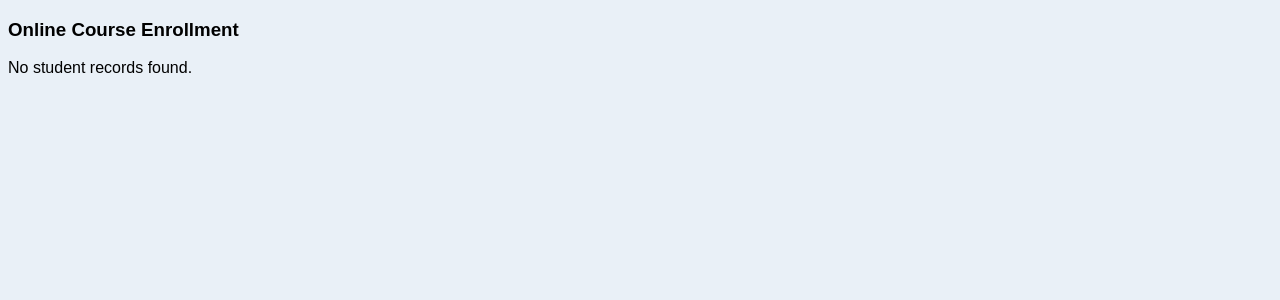
Repository: ashwinii19/Core-Java-Learning
Page: http://localhost/Online_Course_Enrollment/
An editor plug-in stored every save of this project. The page is shown before and after the next save, followed by the edit.
The browser window is 1280 px wide. The pictures show the whole page.
The page is served by Tomcat 9. Queries for data that is not in the repository find no rows.

Above is the page before, as saved 2025-08-24 18:45:36.

After the next save:
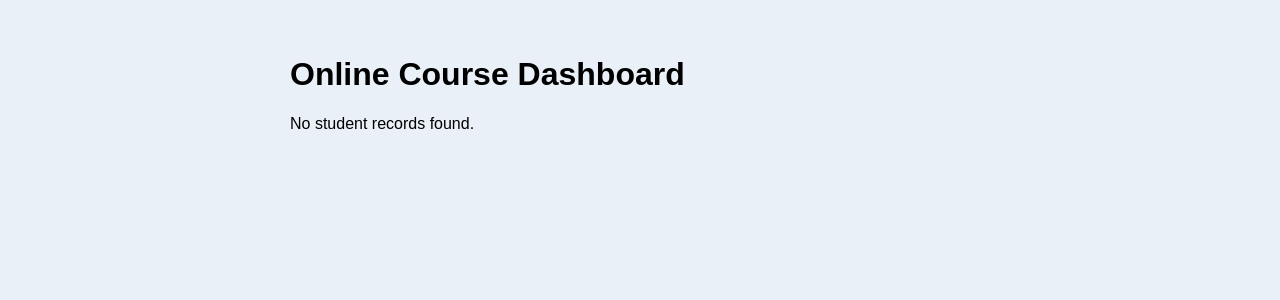
Saved 71 s later.
--- a/Online Course Enrollment/src/main/webapp/index.jsp
+++ b/Online Course Enrollment/src/main/webapp/index.jsp
@@ -33,55 +33,56 @@
 </head>
 <body>
 
-	<h3>Online Course Enrollment</h3>
+	<div class="dashboard">
+    <h1>Online Course Dashboard</h1>
 
-	<sql:setDataSource var="db" driver="com.mysql.cj.jdbc.Driver" url="jdbc:mysql://localhost:3306/online_course"
-	user="root" password="admin#123"/>
+		<sql:setDataSource var="db" driver="com.mysql.cj.jdbc.Driver" url="jdbc:mysql://localhost:3306/online_course"
+		user="root" password="admin#123"/>
 
-	<sql:query var="result" dataSource="${db}">
-		 SELECT s.id, s.name, s.email, s.join_date, s.fees_paid, c.course_list
-        FROM students s
-        JOIN courses c ON s.id = c.student_id
-	</sql:query>
+		<sql:query var="result" dataSource="${db}">
+			 SELECT s.id, s.name, s.email, s.join_date, s.fees_paid, c.course_list
+	        FROM students s
+	        JOIN courses c ON s.id = c.student_id
+		</sql:query>
 
-	<c:choose>
-		<c:when test="${not empty result.rows}">
-			<c:forEach var="student" items="${result.rows }">
-				 <div class="student">
-					<p><strong>Student: </strong> ${student.name}</p>
-					<p><strong>Email: </strong> ${student.email}</p>
-					<p><strong>Institutional Email </strong>
-						<c:out value="${fn:contains(student.email, 'edu') }"></c:out>
-					</p>
+		<c:choose>
+			<c:when test="${not empty result.rows}">
+				<c:forEach var="student" items="${result.rows }">
+					 <div class="student">
+						<p><strong>Student: </strong> ${student.name}</p>
+						<p><strong>Email: </strong> ${student.email}</p>
+						<p><strong>Institutional Email </strong>
+							<c:out value="${fn:contains(student.email, 'edu') }"></c:out>
+						</p>
 
-					<p><strong>Join Date: </strong>
-						<fmt:parseDate var="joinDate" value="${student.join_date }" pattern="yyyy-MM-dd"></fmt:parseDate>
-						<fmt:formatDate value="${joinDate}" pattern="MMM d, yyyy"/>
-					</p>
+						<p><strong>Join Date: </strong>
+							<fmt:parseDate var="joinDate" value="${student.join_date }" pattern="yyyy-MM-dd"></fmt:parseDate>
+							<fmt:formatDate value="${joinDate}" pattern="MMM d, yyyy"/>
+						</p>
 
-					<p><strong>Fees paid: </strong>
-						<fmt:setLocale value="en_INR" />
-						<fmt:formatNumber value="${student.fees_paid}" type="currency"></fmt:formatNumber>
-					</p>
+						<p><strong>Fees paid: </strong>
+							<fmt:setLocale value="en_INR" />
+							<fmt:formatNumber value="${student.fees_paid}" type="currency"></fmt:formatNumber>
+						</p>
 
-					<c:if test="${student.fees_paid lt 1000}">
-						<p class="warning">Warning: Fees not fully paid!</p>
-					</c:if>
+						<c:if test="${student.fees_paid lt 1000}">
+							<p class="warning">Warning: Fees not fully paid!</p>
+						</c:if>
 
-					<p><strong>Courses Enrolled:</strong></p>
-                    <ul>
-                        <c:forEach var="course" items="${fn:split(student.course_list, ',')}">
-                            <li>${course}</li>
-                        </c:forEach>
-                    </ul>
-                </div>
-			</c:forEach>
-    	</c:when>
-    	 <c:otherwise>
-            <p>No student records found.</p>
-        </c:otherwise>
-    </c:choose>
-
+						<p><strong>Courses Enrolled:</strong></p>
+	                    <ul>
+	                        <c:forEach var="course" items="${fn:split(student.course_list, ',')}">
+	                            <li>${course}</li>
+	                        </c:forEach>
+	                    </ul>
+	                </div>
+				</c:forEach>
+	    	</c:when>
+	    	 <c:otherwise>
+	            <p>No student records found.</p>
+	        </c:otherwise>
+	    </c:choose>
+	</div>
 
 </body>
 </html>

After the save that followed:
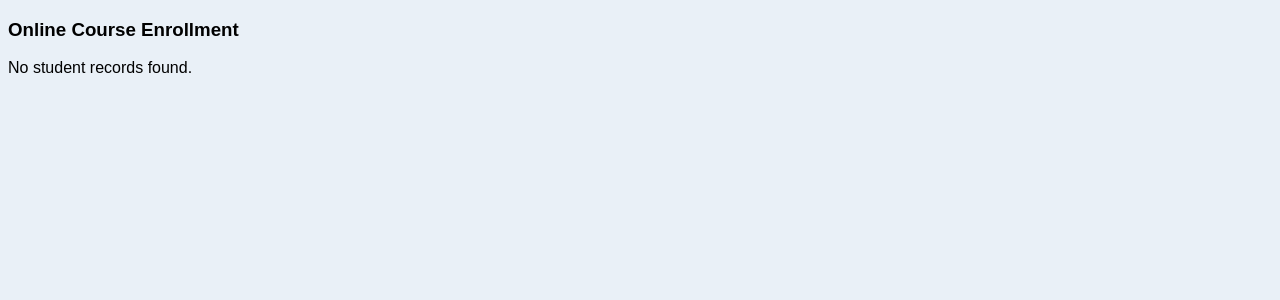
Saved 2 min 20 s later.
--- a/Online Course Enrollment/src/main/webapp/index.jsp
+++ b/Online Course Enrollment/src/main/webapp/index.jsp
@@ -33,56 +33,55 @@
 </head>
 <body>
 
-	<div class="dashboard">
-    <h1>Online Course Dashboard</h1>
+	<h3>Online Course Enrollment</h3>
 
-		<sql:setDataSource var="db" driver="com.mysql.cj.jdbc.Driver" url="jdbc:mysql://localhost:3306/online_course"
-		user="root" password="admin#123"/>
+	<sql:setDataSource var="db" driver="com.mysql.cj.jdbc.Driver" url="jdbc:mysql://localhost:3306/online_course"
+	user="root" password="admin#123"/>
 
-		<sql:query var="result" dataSource="${db}">
-			 SELECT s.id, s.name, s.email, s.join_date, s.fees_paid, c.course_list
-	        FROM students s
-	        JOIN courses c ON s.id = c.student_id
-		</sql:query>
+	<sql:query var="result" dataSource="${db}">
+		 SELECT s.id, s.name, s.email, s.join_date, s.fees_paid, c.course_list
+        FROM students s
+        JOIN courses c ON s.id = c.student_id
+	</sql:query>
 
-		<c:choose>
-			<c:when test="${not empty result.rows}">
-				<c:forEach var="student" items="${result.rows }">
-					 <div class="student">
-						<p><strong>Student: </strong> ${student.name}</p>
-						<p><strong>Email: </strong> ${student.email}</p>
-						<p><strong>Institutional Email </strong>
-							<c:out value="${fn:contains(student.email, 'edu') }"></c:out>
-						</p>
+	<c:choose>
+		<c:when test="${not empty result.rows}">
+			<c:forEach var="student" items="${result.rows }">
+				 <div class="student">
+					<p><strong>Student: </strong> ${student.name}</p>
+					<p><strong>Email: </strong> ${student.email}</p>
+					<p><strong>Institutional Email </strong>
+						<c:out value="${fn:contains(student.email, 'edu') }"></c:out>
+					</p>
 
-						<p><strong>Join Date: </strong>
-							<fmt:parseDate var="joinDate" value="${student.join_date }" pattern="yyyy-MM-dd"></fmt:parseDate>
-							<fmt:formatDate value="${joinDate}" pattern="MMM d, yyyy"/>
-						</p>
+					<p><strong>Join Date: </strong>
+						<fmt:parseDate var="joinDate" value="${student.join_date }" pattern="yyyy-MM-dd"></fmt:parseDate>
+						<fmt:formatDate value="${joinDate}" pattern="MMM d, yyyy"/>
+					</p>
 
-						<p><strong>Fees paid: </strong>
-							<fmt:setLocale value="en_INR" />
-							<fmt:formatNumber value="${student.fees_paid}" type="currency"></fmt:formatNumber>
-						</p>
+					<p><strong>Fees paid: </strong>
+						<fmt:setLocale value="en_INR" />
+						<fmt:formatNumber value="${student.fees_paid}" type="currency"></fmt:formatNumber>
+					</p>
 
-						<c:if test="${student.fees_paid lt 1000}">
-							<p class="warning">Warning: Fees not fully paid!</p>
-						</c:if>
+					<c:if test="${student.fees_paid lt 1000}">
+						<p class="warning">Warning: Fees not fully paid!</p>
+					</c:if>
 
-						<p><strong>Courses Enrolled:</strong></p>
-	                    <ul>
-	                        <c:forEach var="course" items="${fn:split(student.course_list, ',')}">
-	                            <li>${course}</li>
-	                        </c:forEach>
-	                    </ul>
-	                </div>
-				</c:forEach>
-	    	</c:when>
-	    	 <c:otherwise>
-	            <p>No student records found.</p>
-	        </c:otherwise>
-	    </c:choose>
-	</div>
+					<p><strong>Courses Enrolled:</strong></p>
+                    <ul>
+                        <c:forEach var="course" items="${fn:split(student.course_list, ',')}">
+                            <li>${course}</li>
+                        </c:forEach>
+                    </ul>
+                </div>
+			</c:forEach>
+    	</c:when>
+    	 <c:otherwise>
+            <p>No student records found.</p>
+        </c:otherwise>
+    </c:choose>
+
 
 </body>
 </html>
